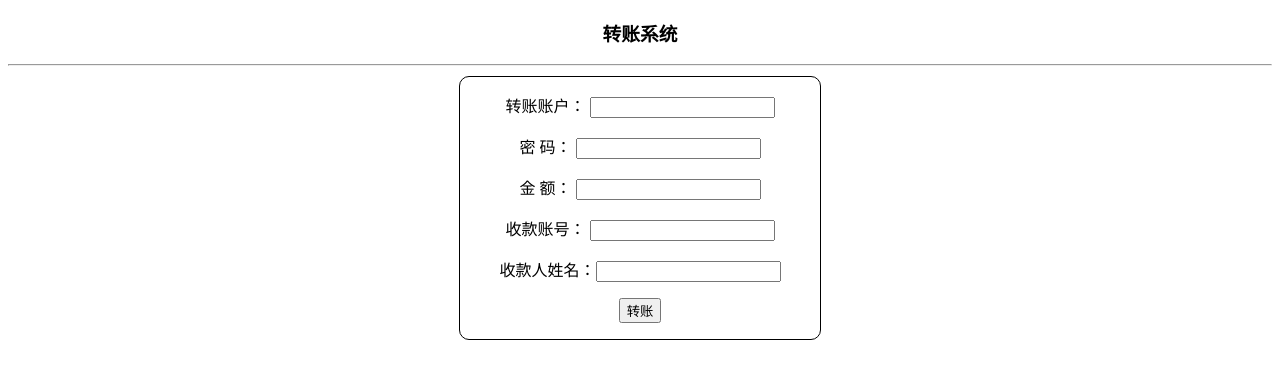
Repository: 99708/java_EE
Page: http://localhost/ssm_bank/
The author's editor kept a copy of each file at every save. The page is drawn from the files as they stood at one save, then again after the next save.
The browser window is 1280 px wide. The pictures show the whole page.
The page is served by Tomcat 9.

Above is the page before, as saved 2018-11-16 13:49:24.

After the next save:
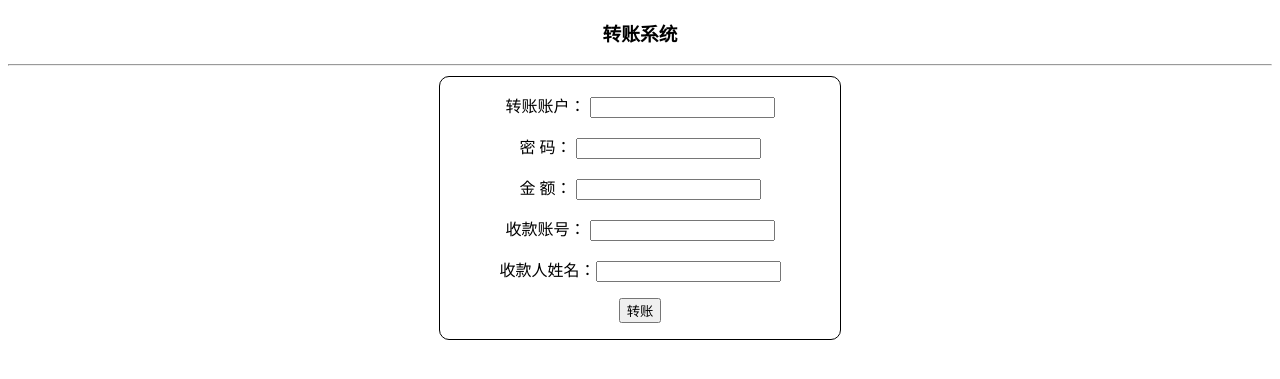
Saved 36 s later.
--- a/ssm_bank/WebContent/index.jsp
+++ b/ssm_bank/WebContent/index.jsp
@@ -10,7 +10,7 @@
 <body>
 	<h3 align="center">转账系统</h3>
 	<hr />
-	<div align="center" style=" heigth: 240px; width: 360px;
+	<div align="center" style=" heigth: 240px; width: 400px;
 		border: 1px solid #000; margin: auto; border-radius: 10px;
 		margin-top: 10px;">
 		<form action="moneyServlet.servlet" method="post">
